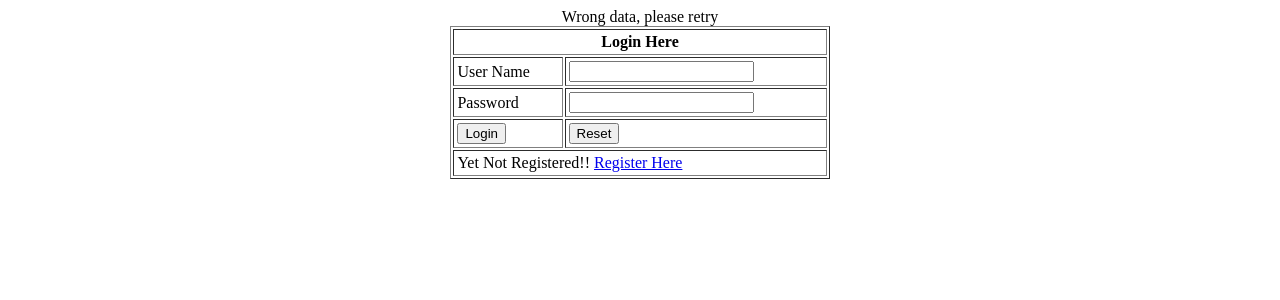
Repository: balu-sadanandan/demoProject
Page: http://localhost/emp_database/login2.jsp
These files come from the project's save history. The page is drawn as it stood at one moment and after the next save; the edit follows.
The browser window is 1280 px wide. The pictures show the whole page.
The page is served by Tomcat 9.

Above is the page before, as saved 2017-09-06 11:04:55.

After the next save:
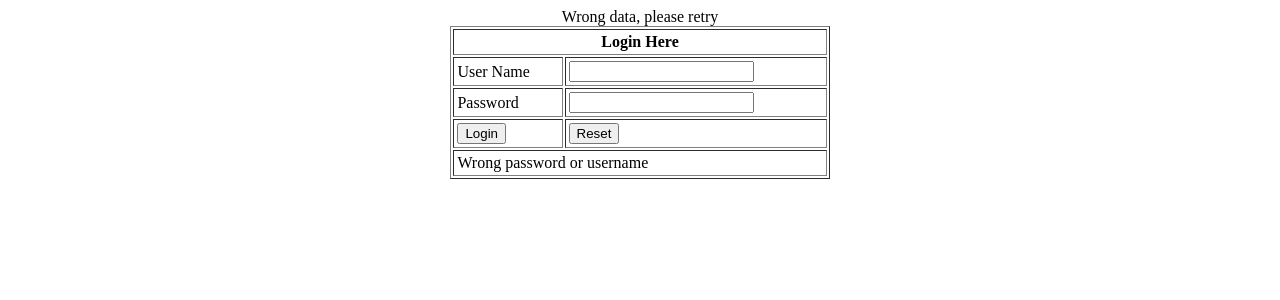
Saved 69 s later.
--- a/emp_database/WebContent/login2.jsp
+++ b/emp_database/WebContent/login2.jsp
@@ -31,7 +31,7 @@
                         <td><input type="reset" value="Reset" /></td>
                     </tr>
                     <tr>
-                        <td colspan="2">Yet Not Registered!! <a href="reg.jsp">Register Here</a></td>
+                        <td colspan="2">Wrong password or username</a></td>
                     </tr>
                 </tbody>
             </table>
